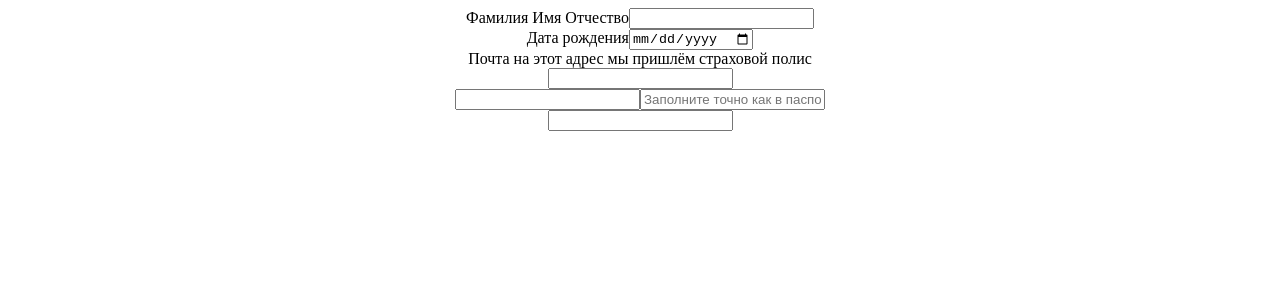
Repository: asya-aisa/test-work
Page: /
These files come from the project's save history. The page is drawn as it stood at one moment and after a run of saves; the edit follows.
The browser window is 1280 px wide. The pictures show the whole page.
The project was rebuilt for these pictures with package versions that can differ from the ones it lists, and the page was loaded fresh each time.

Above is the page before, as saved 2023-07-20 00:31:16.

### src/App.js

import './App.css';
import { InfoPartOne } from './InfoPartOne';

function App() {
  return (
    <div className="App">
      <InfoPartOne />
    </div>
  );
}

export default App;

### src/InfoPartOne.js
import { Component } from "react";
import React from "react"
import InputMask from "react-input-mask";

export class InfoPartOne extends Component {
    state = {
        inputBirthday: '',
        textIfUnder18: '',
        inputPassport: ''
    }

    onChangeEventBirthday(e) {
        this.setState({inputBirthday: e})

        let date18ago = new Date();
        date18ago.setFullYear(date18ago.getFullYear() - 18);

        let userDate = new Date(e);

        if(userDate > date18ago) {
            this.setState({textIfUnder18: 'нельзя подписать договор, если вам меньше 18 лет'})
        }
        else {
            this.setState({textIfUnder18: ''})
        }
    }

    // numberPassport(e) {
    //     this.setState({inputPassport: e})

    //     if(e.length < 10) {
    //         console.log('wrong number')
    //     }
    // }


    render() {
        return (
            <div>
                <div>
                <label>Фамилия Имя Отчество</label>
                <input type="text" pattern="a-zа-я" />
                </div>

                <div>
                <label>Дата рождения</label>
                <input type="date"
                onChange={(e) => {this.onChangeEventBirthday(e.target.value)}}
                value={this.state.inputBirthday}/>
                <label>{this.state.textIfUnder18}</label>
                </div>
                <div>
                    <div>
                      <label>Почта </label>
                      <label>на этот адрес мы пришлём страховой полис</label>
                    </div>
                    <input type="email" required=""  />
                </div>
                <div>
                <InputMask mask="9999 999999"
                // onChange={(e) => {this.numberPassport(e.target.value)}}
                // value={this.state.inputPassport}
                 />
                 <input type="text" placeholder="Заполните точно как в паспорте"/>
                </div>
                <div>
                    <input type />
                </div>

            </div>
        )
    }
}

Loaded but not shown: public/index.html (common file); src/index.js (common file); src/reportWebVitals.js (common file); src/App.css (common file)

After the next 7 saves:
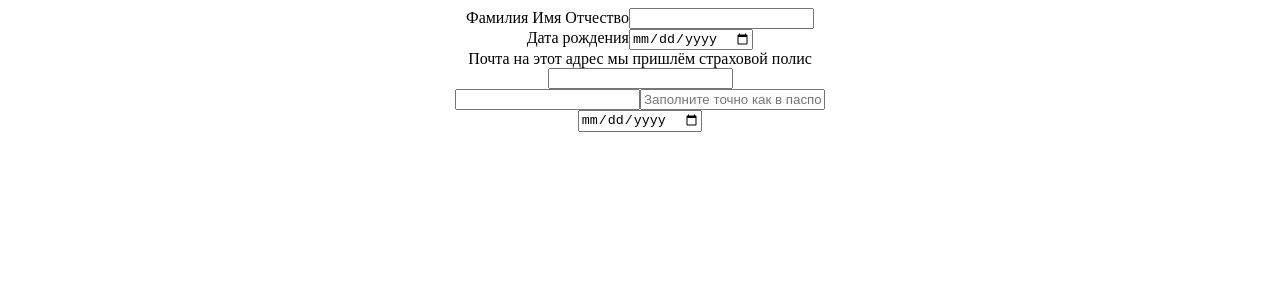
The 7 saves are shown as one change because 1 did not build or start and some came seconds apart.
The last was saved 21 s later.
--- a/src/InfoPartOne.js
+++ b/src/InfoPartOne.js
@@ -64,7 +64,8 @@ export class InfoPartOne extends Component {
                  <input type="text" placeholder="Заполните точно как в паспорте"/>
                 </div>
                 <div>
-                    <input type />
+                    <input type="date"
+                    onChange={(e) => {}} />
                 </div>
 
             </div>
